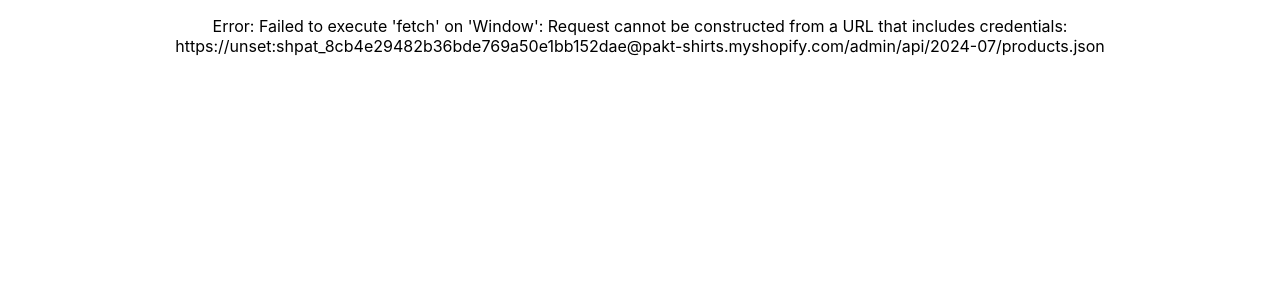
Repository: mitesh-avid-brio/Shopify-React-App
Page: /
An editor plug-in stored every save of this project. The page is shown before and after the next save, followed by the edit.
The browser window is 1280 px wide. The pictures show the whole page.
The page's requests for data from a server got no answer. The project was rebuilt for these pictures with package versions that can differ from the ones it lists, and the page was loaded fresh each time. No one was signed in, and anything a server would have sent is missing.

Above is the page before, as saved 2024-08-12 11:02:59.

After the next save:
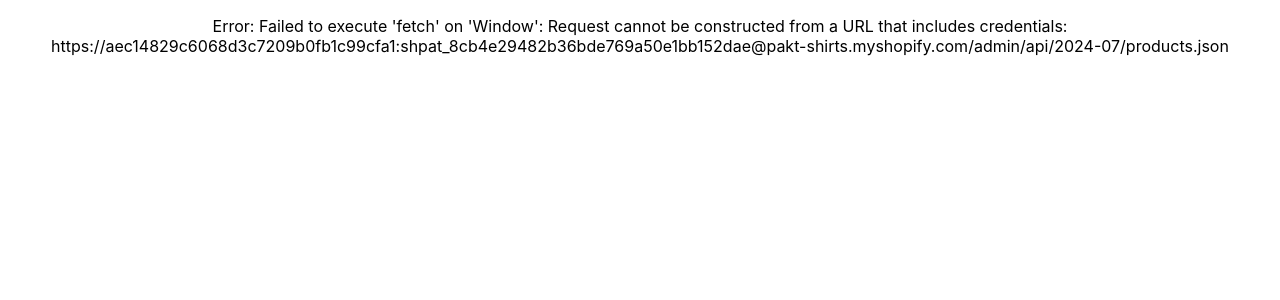
Saved 13 s later.
--- a/src/Components/Inventory.js
+++ b/src/Components/Inventory.js
@@ -8,7 +8,7 @@
 
     useEffect(() => {
         console.log("dad",`https://${process.env.API_KEY}:${process.env.Access_Token}@${process.env.URL}/api/2024-07/products.json`)
-        fetch(`https://${process.env.NEXT_PUBLIC_API_KEY}:${process.env.NEXT_PUBLIC_SHOPIFY_PASSWORD_KEY}@${process.env.NEXT_PUBLIC_SHOPIFY_BASE_URL}/api/2024-07/products.json`,{
+        fetch(`https://${process.env.NEXT_PUBLIC_SHOPIFY_CONSUMER_KEY}:${process.env.NEXT_PUBLIC_SHOPIFY_PASSWORD_KEY}@${process.env.NEXT_PUBLIC_SHOPIFY_BASE_URL}/api/2024-07/products.json`,{
             method: "GET",
             headers:{
                 "X-Shopify-Access-Token": "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",
